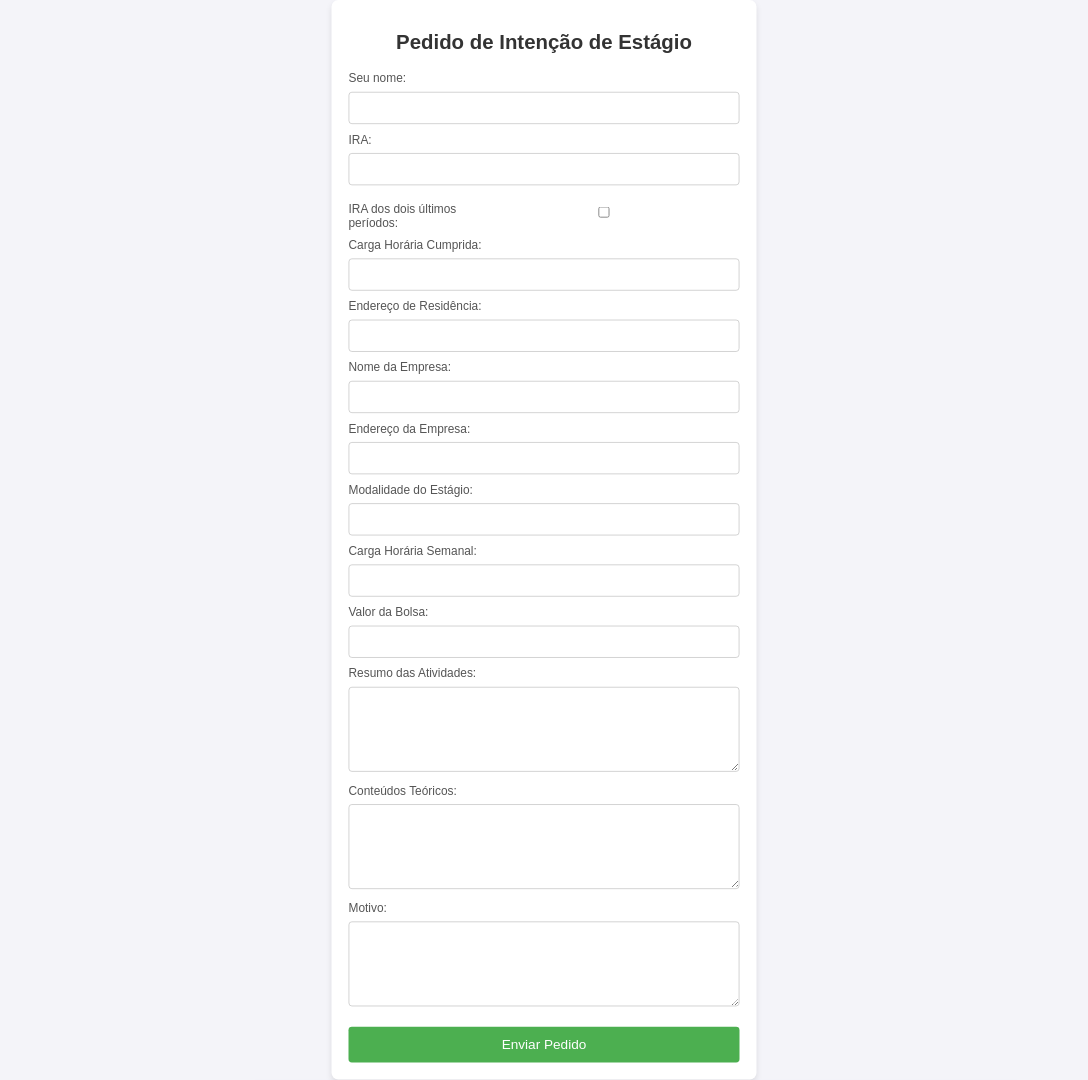
Repository: CronosUchoa/ArqSoft
Page: http://localhost/PedidoIntencaoNovoEstagioRDG/WEB-INF/JSPS/index.jsp
These files come from the project's save history. The page is drawn as it stood at one moment and after the next save; the edit follows.
The browser window is 1280 px wide. The pictures show the whole page, at 85% of full size.
The page is served by Tomcat 9. Nobody is signed in. The template is opened directly, without the code that normally fills it, so the values that code supplies are empty.

Above is the page before, as saved 2024-11-26 12:40:46.

After the next save:
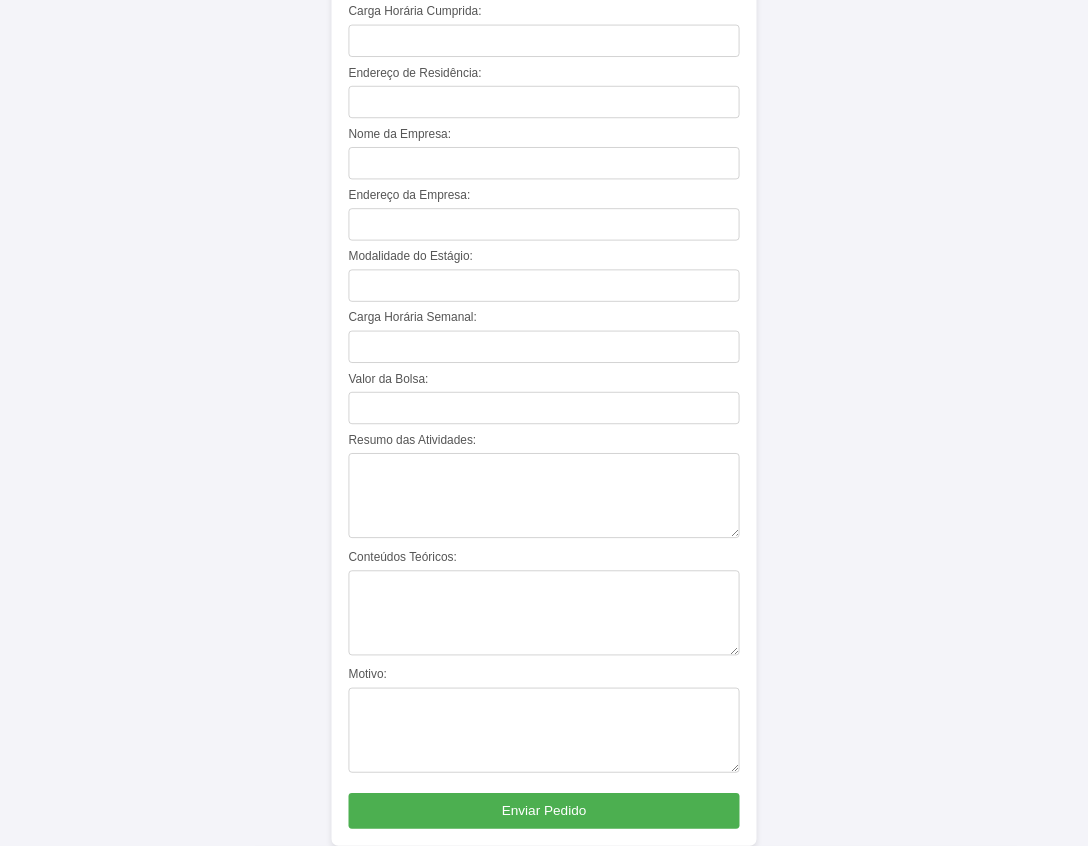
Saved 41 s later.
--- a/PedidoIntencaoNovoEstagioRDG/src/main/webapp/WEB-INF/JSPS/index.jsp
+++ b/PedidoIntencaoNovoEstagioRDG/src/main/webapp/WEB-INF/JSPS/index.jsp
@@ -12,6 +12,7 @@
             justify-content: center;
             align-items: center;
             margin: 0;
+            height: 100vh;
         }
         form {
             background-color: #fff;
@@ -59,7 +60,6 @@
         button:hover {
             background-color: #45a049;
         }
-
     </style>
 </head>
 <body>
@@ -73,7 +73,7 @@
         <label for="ira">IRA:</label>
         <input type="number" name="ira" id="ira" required><br>
 
-      	  <div style="display: flex; align-items: center; margin-top: 10px;">
+        <div style="display: flex; align-items: center; margin-top: 10px;">
             <label for="iraUlt" style="margin-right: 10px;">IRA dos dois últimos períodos:</label>
             <input
                 type="checkbox"

After the save that followed:
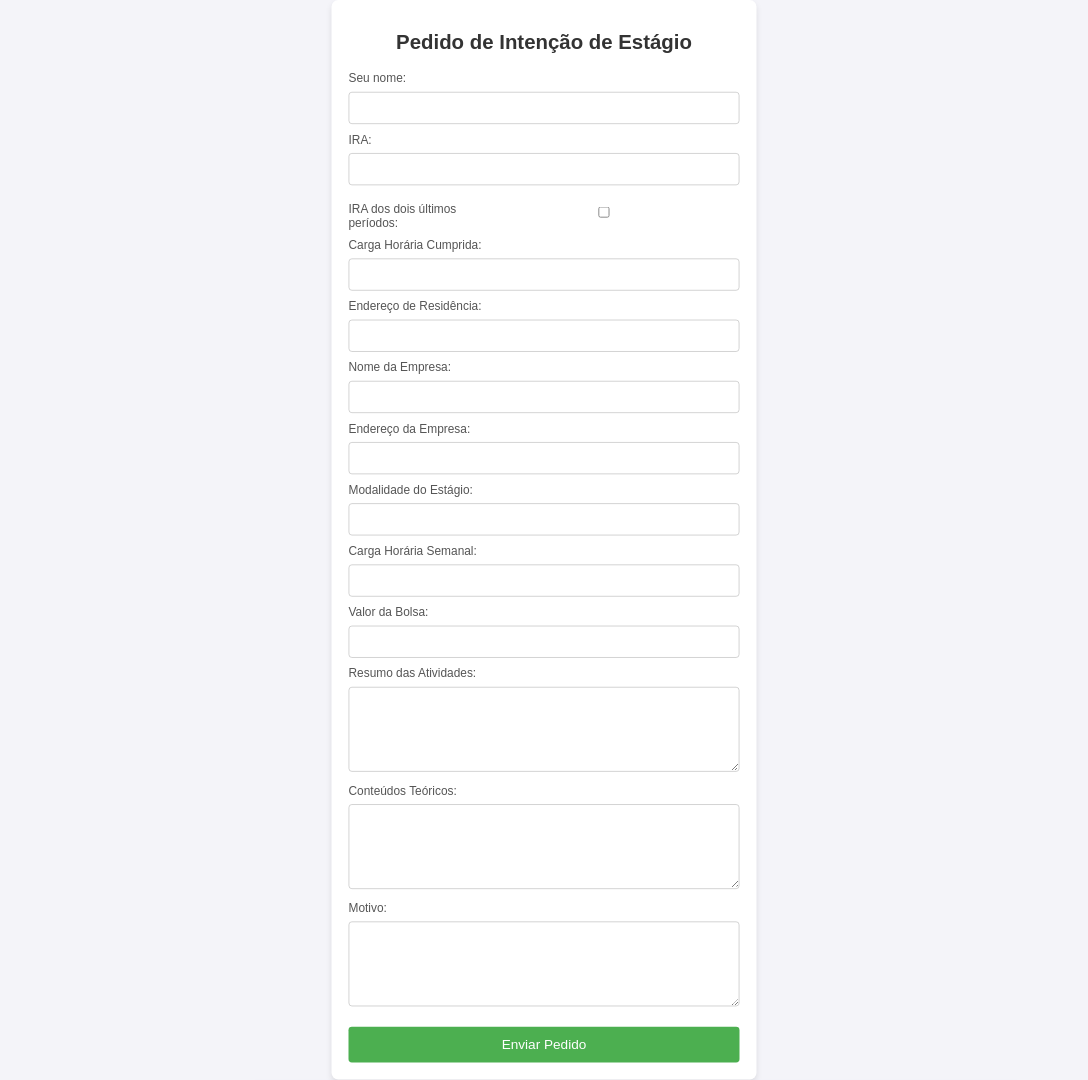
Saved 8 s later.
--- a/PedidoIntencaoNovoEstagioRDG/src/main/webapp/WEB-INF/JSPS/index.jsp
+++ b/PedidoIntencaoNovoEstagioRDG/src/main/webapp/WEB-INF/JSPS/index.jsp
@@ -12,7 +12,6 @@
             justify-content: center;
             align-items: center;
             margin: 0;
-            height: 100vh;
         }
         form {
             background-color: #fff;
@@ -60,6 +59,7 @@
         button:hover {
             background-color: #45a049;
         }
+
     </style>
 </head>
 <body>
@@ -73,7 +73,7 @@
         <label for="ira">IRA:</label>
         <input type="number" name="ira" id="ira" required><br>
 
-        <div style="display: flex; align-items: center; margin-top: 10px;">
+      	  <div style="display: flex; align-items: center; margin-top: 10px;">
             <label for="iraUlt" style="margin-right: 10px;">IRA dos dois últimos períodos:</label>
             <input
                 type="checkbox"
